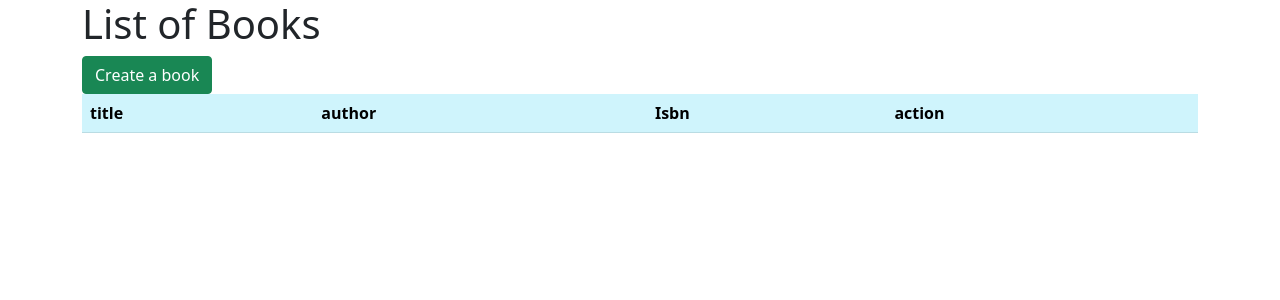
Repository: RaghdaMadiane/django
Page: http://localhost/books/
An editor plug-in stored every save of this project. The page is shown before and after the next save, followed by the edit.
The browser window is 1280 px wide. The pictures show the whole page.
The page is served by the project's application, run on Django 3.2 (manage.py). Queries for data that is not in the repository find no rows.

Above is the page before, as saved 2021-04-22 16:47:55.

After the next save:
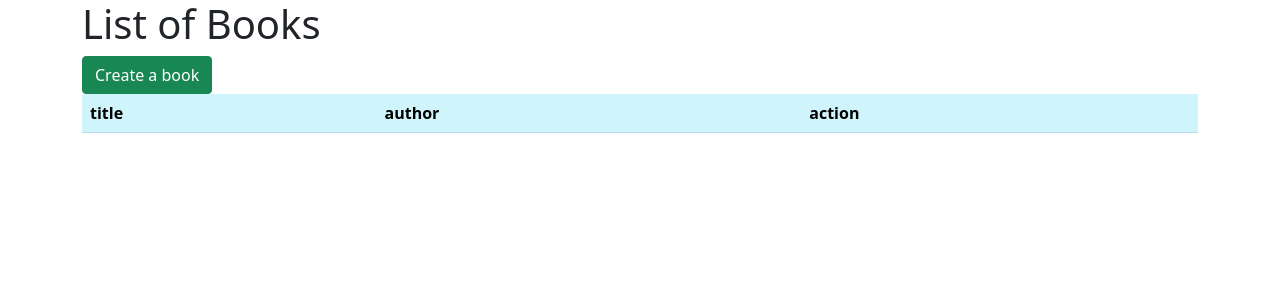
Saved 46 s later.
--- a/books/templates/books/index.html
+++ b/books/templates/books/index.html
@@ -8,7 +8,7 @@
 
      <th scope="col" class="table-info">title</th>
       <th scope="col" class="table-info">author</th>
-      <th scope="col" class="table-info">Isbn</th>
+
       <th scope="col" class="table-info">action</th>
 
     </tr>
@@ -19,7 +19,7 @@
 
       <td >{{book.title}}</td>
       <td>{{book.author}}</td>
-      <td >{{book.isbn}}</td>
+
 
 
 

After the save that followed:
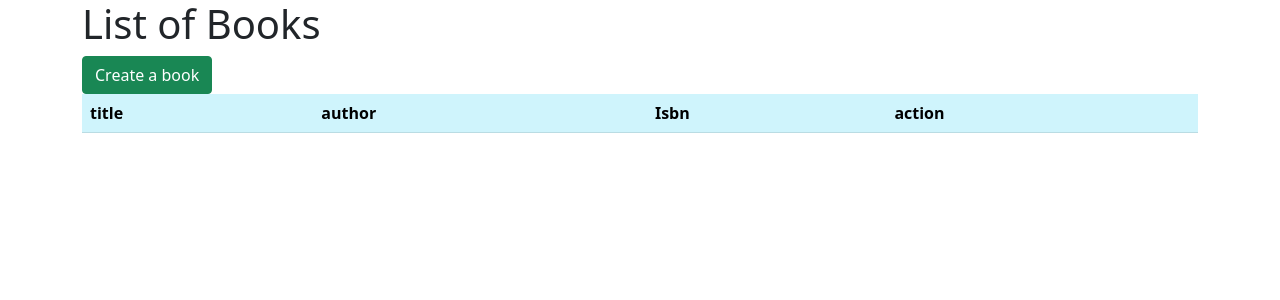
Saved 14 s later.
--- a/books/templates/books/index.html
+++ b/books/templates/books/index.html
@@ -8,7 +8,7 @@
 
      <th scope="col" class="table-info">title</th>
       <th scope="col" class="table-info">author</th>
-
+      <th scope="col" class="table-info">Isbn</th>
       <th scope="col" class="table-info">action</th>
 
     </tr>
@@ -19,7 +19,7 @@
 
       <td >{{book.title}}</td>
       <td>{{book.author}}</td>
-
+      <td >{{book.isbn}}</td>
 
 
 
